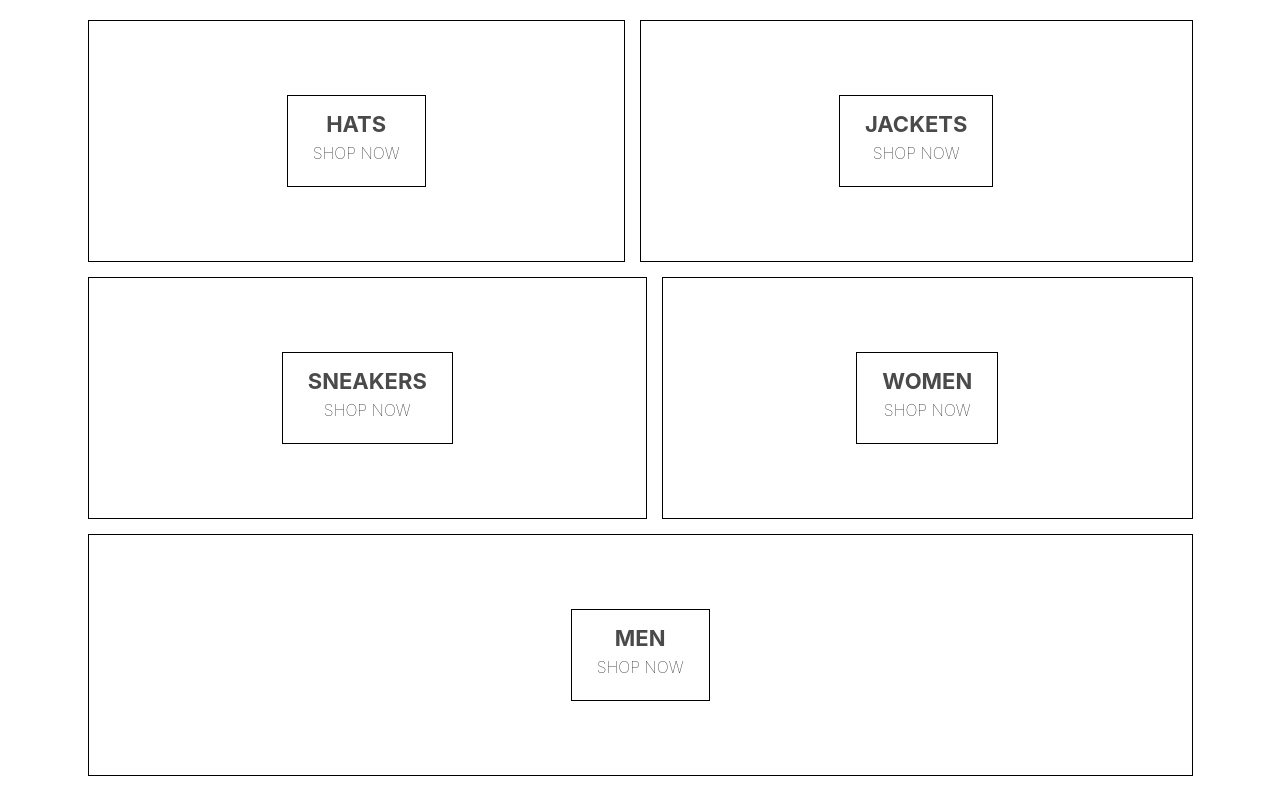
Repository: Daga01/clothing-ecommerce
Page: /
The author's editor kept a copy of each file at every save. The page is drawn from the files as they stood at one save, then again after the next save.
The browser window is 1280 px wide. The pictures show the whole page.
The project was rebuilt for these pictures with package versions that can differ from the ones it lists, and the page was loaded fresh each time. Also part of the build but not shown: src/App.css.

Above is the page before, as saved 2020-01-30 17:17:34.

### src/App.js
import React from 'react';
import './App.css';
import HomePage from './homepage.component'

function App() {
  return (
    <div>
      <HomePage/>
    </div>
  );
}

export default App;

### src/homepage.component.jsx
import React from 'react';
import './homepage.styles.scss'

const HomePage = () => (
  <div className='homepage'>
    <div className='directory-menu'>
      <div className='menu-item'>
        <div className='content'>
          <h1 className='title'>HATS</h1>
          <span className='subtitle'>SHOP NOW</span>
        </div>
      </div>
      <div className='menu-item'>
        <div className='content'>
          <h1 className='title'>JACKETS</h1>
          <span className='subtitle'>SHOP NOW</span>
        </div>
      </div>
      <div className='menu-item'>
        <div className='content'>
          <h1 className='title'>SNEAKERS</h1>
          <span className='subtitle'>SHOP NOW</span>
        </div>
      </div>
      <div className='menu-item'>
        <div className='content'>
          <h1 className='title'>WOMEN</h1>
          <span className='subtitle'>SHOP NOW</span>
        </div>
      </div>
      <div className='menu-item'>
        <div className='content'>
          <h1 className='title'>MEN</h1>
          <span className='subtitle'>SHOP NOW</span>
        </div>
      </div>
    </div>
  </div>
);

export default HomePage;

### src/homepage.styles.scss
.homepage {
  display: flex;
  flex-direction: column;
  align-items: center;
  padding: 20px 80px;
}

.directory-menu {
  width: 100%;
  display: flex;
  flex-wrap: wrap;
  justify-content: space-between;
}

.menu-item {
  min-width: 40%;
  height: 240px;
  flex: 1 1 auto;
  display: flex;
  align-items: center;
  justify-content: center;
  border: 1px solid black;
  margin: 0 7.5px 15px;

  &:first-child {
    margin-right: 7.5px;
  }

  &:last-child {
    margin-left: 7.7px;
  }

  .content {
    height: 90px;
    padding: 0 25px;
    display: flex;
    flex-direction: column;
    align-items: center;
    border: 1px solid black;

    .title {
      font-weight: bold;
      margin-bottom:6px;
      font-size: 22px;
      color: #4a4a4a;
    }

    .subtitle {
      font-weight: lighter;
      font-size: 16px;
    }
  }
}

Loaded but not shown: public/index.html (common file); src/index.js (common file); src/index.css (common file)

After the next save:
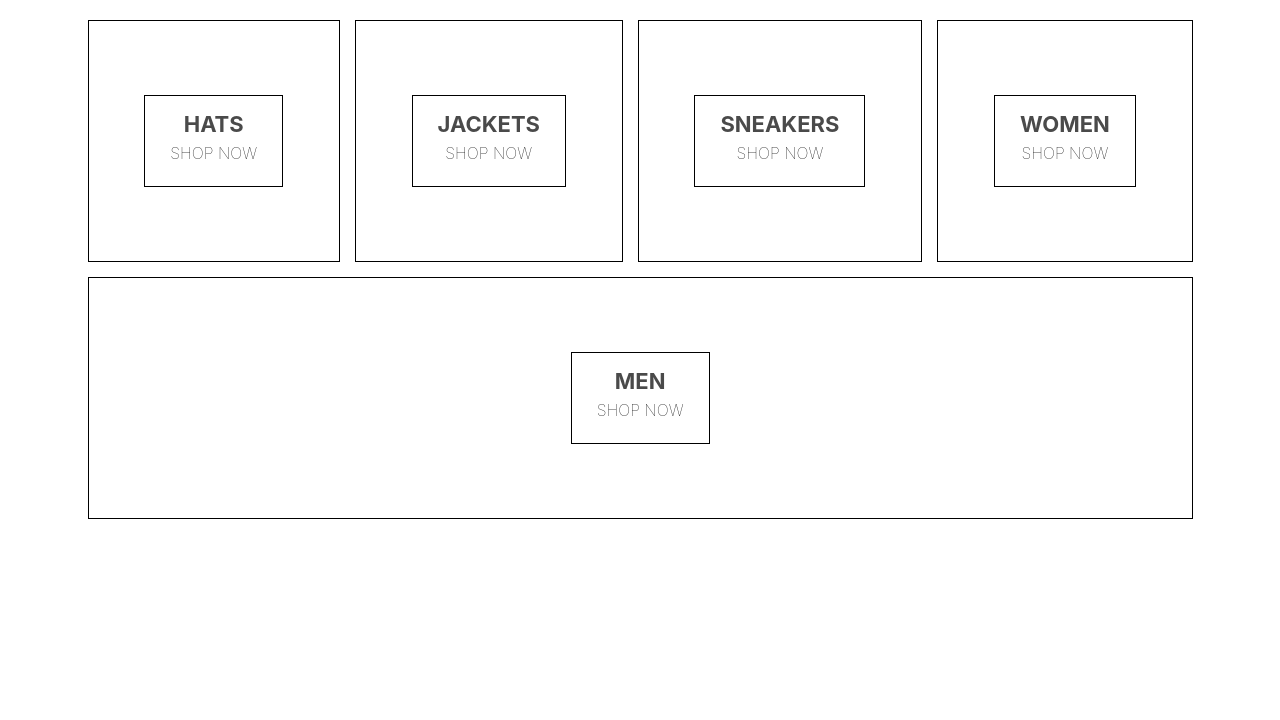
Saved 10 s later.
--- a/src/homepage.styles.scss
+++ b/src/homepage.styles.scss
@@ -13,7 +13,7 @@
 }
 
 .menu-item {
-  min-width: 40%;
+  min-width: 20%;
   height: 240px;
   flex: 1 1 auto;
   display: flex;
